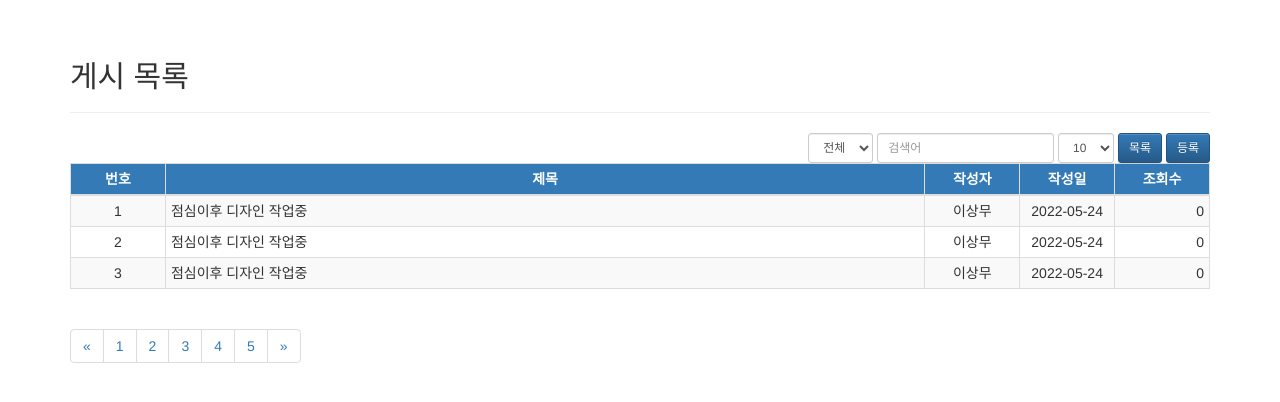
Repository: dongseon-git/WEB_JSP
Page: workspace/studyhtml5/WebContent/bootstrap/boot_list.html
An editor plug-in stored every save of this project. The page is shown before and after the next save, followed by the edit.
The browser window is 1280 px wide. The pictures show the whole page.

Above is the page before, as saved 2022-05-24 06:42:09.

After the next save:
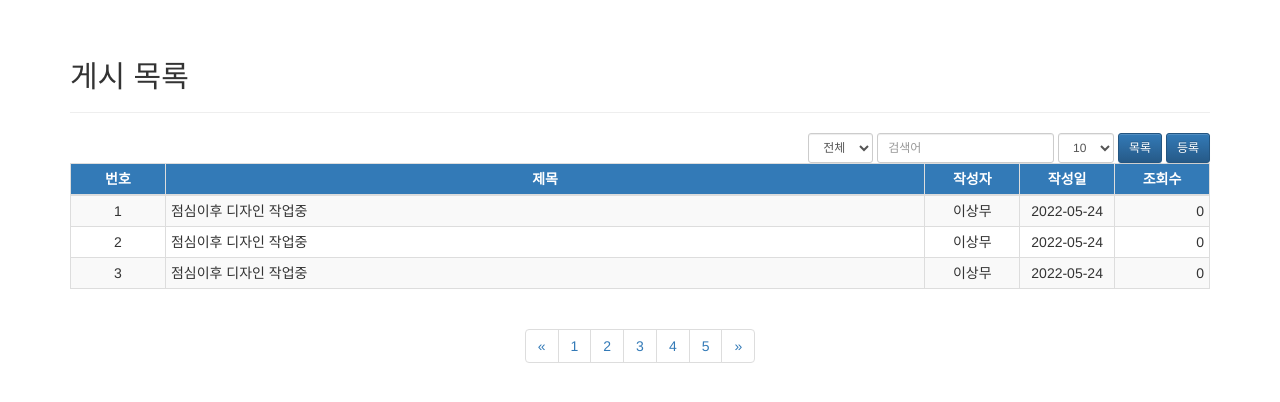
Saved 32 s later.
--- a/workspace/studyhtml5/WebContent/bootstrap/boot_list.html
+++ b/workspace/studyhtml5/WebContent/bootstrap/boot_list.html
@@ -94,7 +94,7 @@
     </div>
     <!-- //table -->
     <!-- pagenation -->
-    <div>
+    <div class="text-center">
     <nav>
   <ul class="pagination">
     <li>
